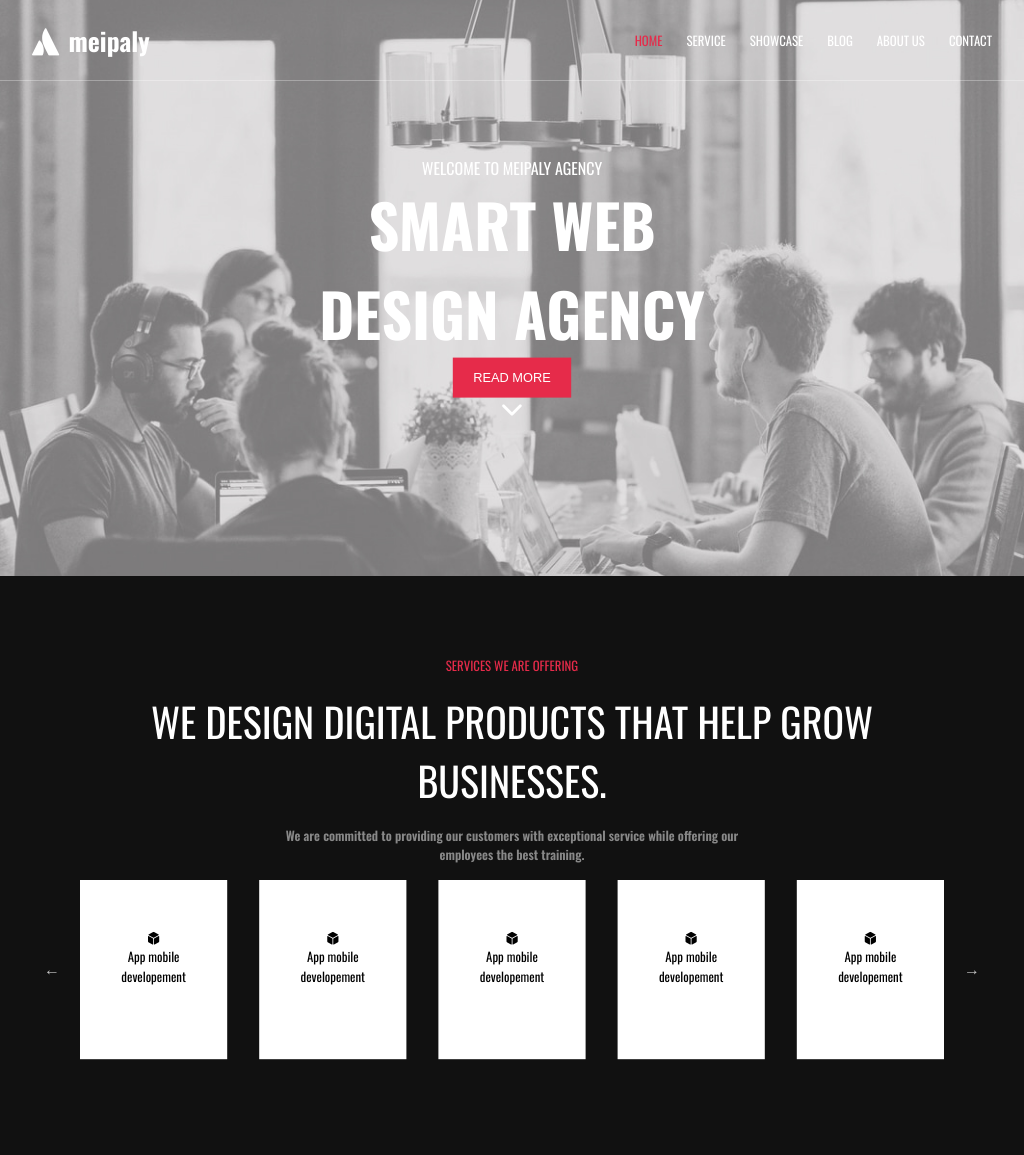
Repository: trminhphuc1504/meipaly
Page: meipaly.html
The author's editor kept a copy of each file at every save. The page is drawn from the files as they stood at one save, then again after the next save.
The browser window is 1280 px wide. The pictures show the whole page, at 80% of full size.
Some web fonts or font styles are not loaded; a fallback is used. Some web libraries are served in a nearby version.

Above is the page before, as saved 2024-08-19 19:16:27.

After the next save:
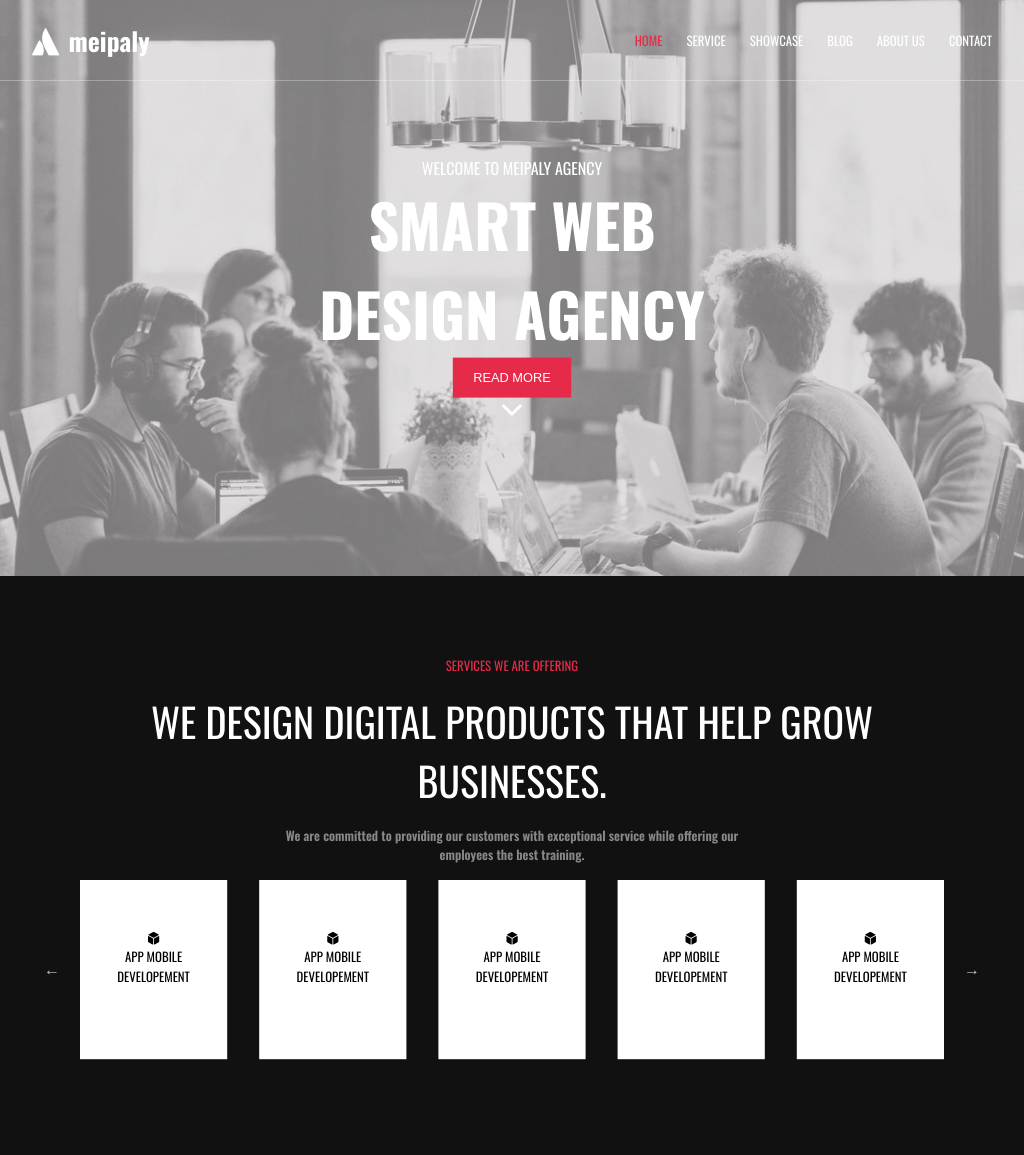
Saved 2 min 52 s later.
--- a/css/meipaly.css
+++ b/css/meipaly.css
@@ -270,4 +270,6 @@
 #carousel .carousel-slider-item p{
     /* color: #fff */
     height: 80px;
-}
+
+    text-transform: uppercase;
+}
